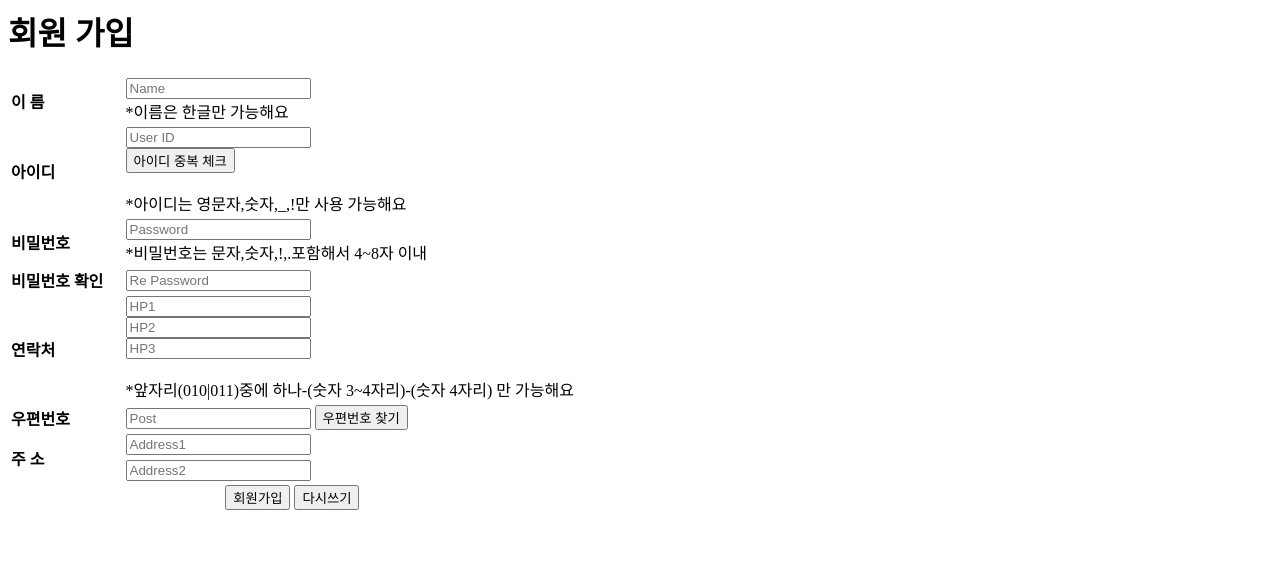
Repository: Jayking0215/myjava
Page: http://localhost/SpringWeb/WEB-INF/views/member/join.jsp
These files come from the project's save history. The page is drawn as it stood at one moment and after the next save; the edit follows.
The browser window is 1280 px wide. The pictures show the whole page.
The page is served by Tomcat 9. Nobody is signed in. The template is opened directly, without the code that normally fills it, so the values that code supplies are empty.

Above is the page before, as saved 2023-05-03 05:14:17.

After the next save:
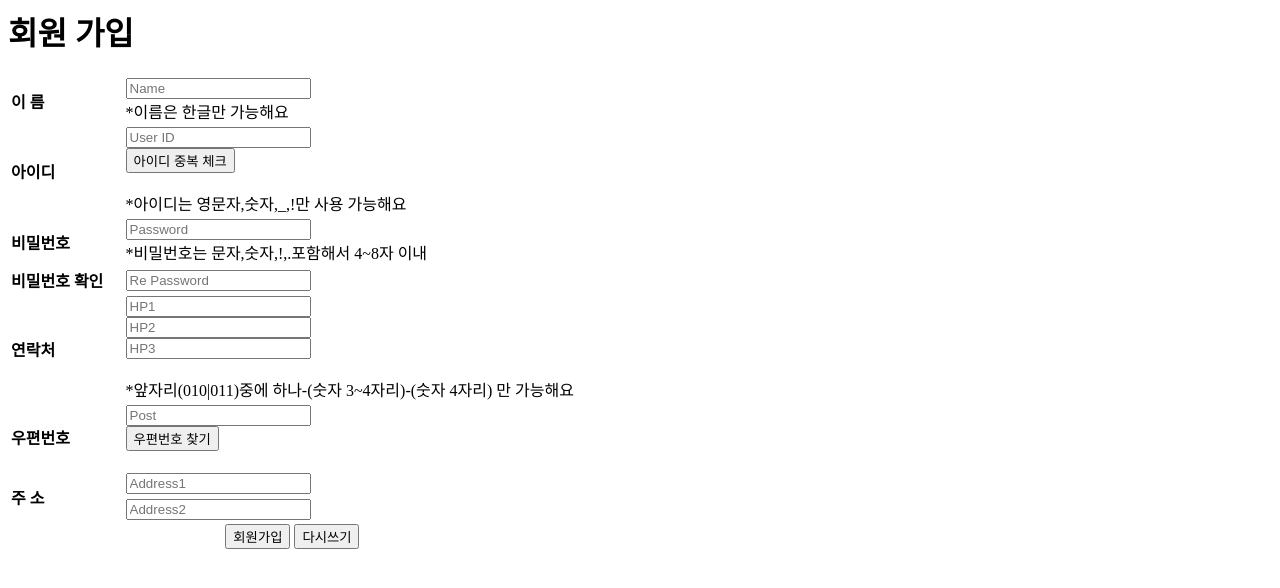
Saved 2 min 12 s later.
--- a/SpringWorkspace/SpringWeb/src/main/webapp/WEB-INF/views/member/join.jsp
+++ b/SpringWorkspace/SpringWeb/src/main/webapp/WEB-INF/views/member/join.jsp
@@ -77,9 +77,15 @@
 		<tr>
 			<td width="20%" class="m1"><b>우편번호</b></td>
 			<td width="80%" class="m2">
-			<input type="text" name="post" id="post" class="form-control"
-			 placeholder="Post" maxlength="5">
-			 <button type="button" onclick="" class="btn btn-success">우편번호 찾기</button>
+			<div class="row">
+				<div class="col-3">
+					<input type="text" name="post" id="post" class="form-control"
+				 	placeholder="Post" maxlength="5">
+				 </div>
+				 <div class="col-3">
+				 	<button type="button" onclick="" class="btn btn-success">우편번호 찾기</button>
+				 </div>
+			</div>
 			<br>
 			</td>
 		</tr>
